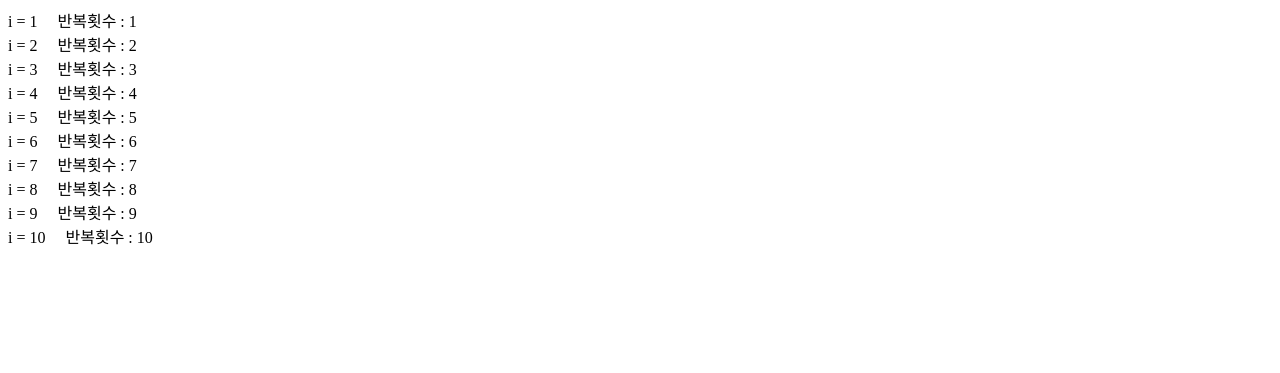
Repository: yw-son/yw-son
Page: http://localhost/pro14/jstl/member4.jsp
An editor plug-in stored every save of this project. The page is shown before and after the next save, followed by the edit.
The browser window is 1280 px wide. The pictures show the whole page.
The page is served by Tomcat 9.

Above is the page before, as saved 2023-06-16 03:04:06.

After the next save:
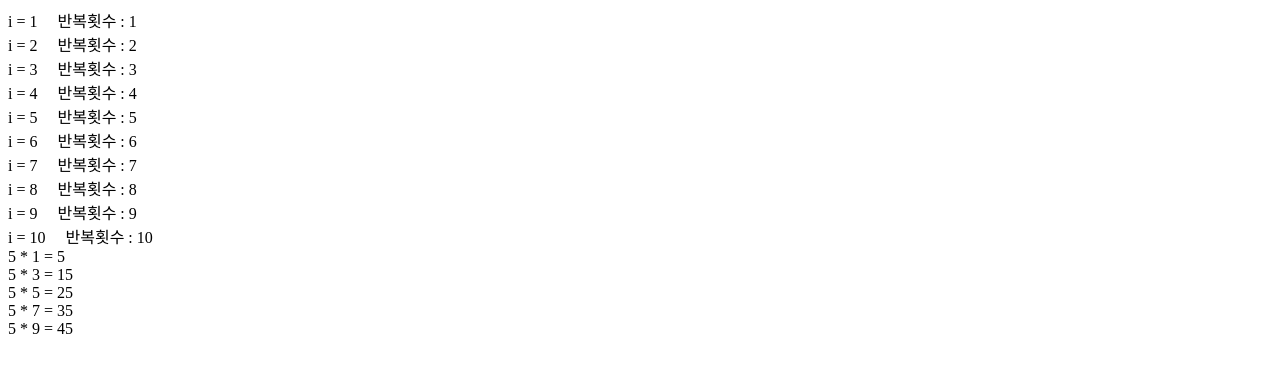
Saved 47 s later.
--- a/pro14/src/main/webapp/jstl/member4.jsp
+++ b/pro14/src/main/webapp/jstl/member4.jsp
@@ -25,5 +25,9 @@
 	<c:forEach var="i" begin="1" end="10" step="1" varStatus="loop">
 		i = ${i} &nbsp;&nbsp;&nbsp; 반복횟수 : ${loop.count} <br>
 	</c:forEach>
+
+	<c:forEach var="i" begin="1" end="10" step="2">
+		5 * ${i} = ${5*i} <br>
+	</c:forEach>
 </body>
 </html>
